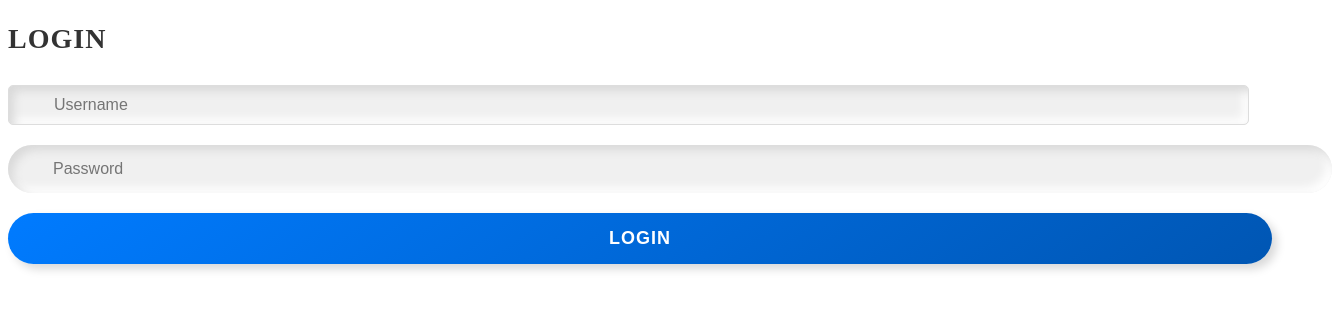
Repository: mdmisri/needy-talk
Page: /login (app in frontend/talk-d1/)
These files come from the project's save history. The page is drawn as it stood at one moment and after the next save; the edit follows.
The browser window is 1280 px wide. The page is 1332 px wide, then 1280 px, so the pictures cover 1332 px, including what lies to the right of the window. The pictures show the whole page.
The page's requests for data from a server got no answer. The project was rebuilt for these pictures with package versions that can differ from the ones it lists, and the page was loaded fresh each time. No one was signed in, and anything a server would have sent is missing. Also part of the build but not shown: frontend/talk-d1/src/components/Register/Register.css, frontend/talk-d1/src/components/Register/Register.js, frontend/talk-d1/src/conversationUtils.js, frontend/talk-d1/src/hooks/useConversation.js, frontend/talk-d1/src/components/Chat/styles/Message.css, frontend/talk-d1/src/components/Chat/Message.js, frontend/talk-d1/src/components/Chat/ChatBox.js, frontend/talk-d1/src/components/Chat/AdminChatBox.js and 3 more.

Above is the page before, as saved 2024-07-28 14:41:58.

After the next save:
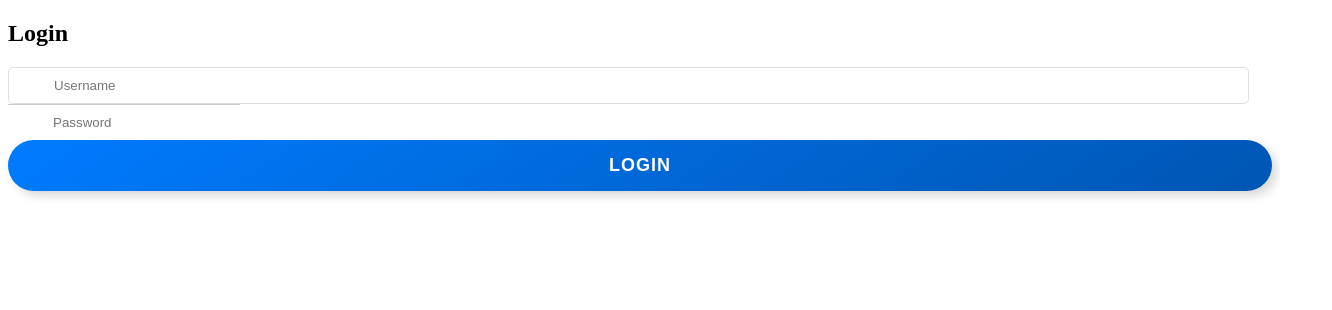
Saved 14 s later.
--- a/frontend/talk-d1/src/components/Login/Login.css
+++ b/frontend/talk-d1/src/components/Login/Login.css
@@ -19,31 +19,6 @@
     content: '\f023'; /* Lock icon for password */
 }
 
-.login-container h2 {
-    margin-bottom: 30px;
-    color: #333;
-    font-size: 28px;
-    font-weight: 600;
-    text-transform: uppercase;
-    letter-spacing: 1px;
-}
-
-.login-container input {
-    width: 100%;
-    margin-bottom: 20px;
-    padding: 15px;
-    border: none;
-    border-radius: 50px;
-    background: #f0f0f0;
-    box-shadow: inset 5px 5px 10px #d9d9d9, inset -5px -5px 10px #ffffff;
-    font-size: 16px;
-    transition: all 0.3s ease;
-}
-
-.login-container input:focus {
-    outline: none;
-    box-shadow: inset 5px 5px 10px #c1c1c1, inset -5px -5px 10px #ffffff;
-}
 
 .login-container button {
     width: 100%;
